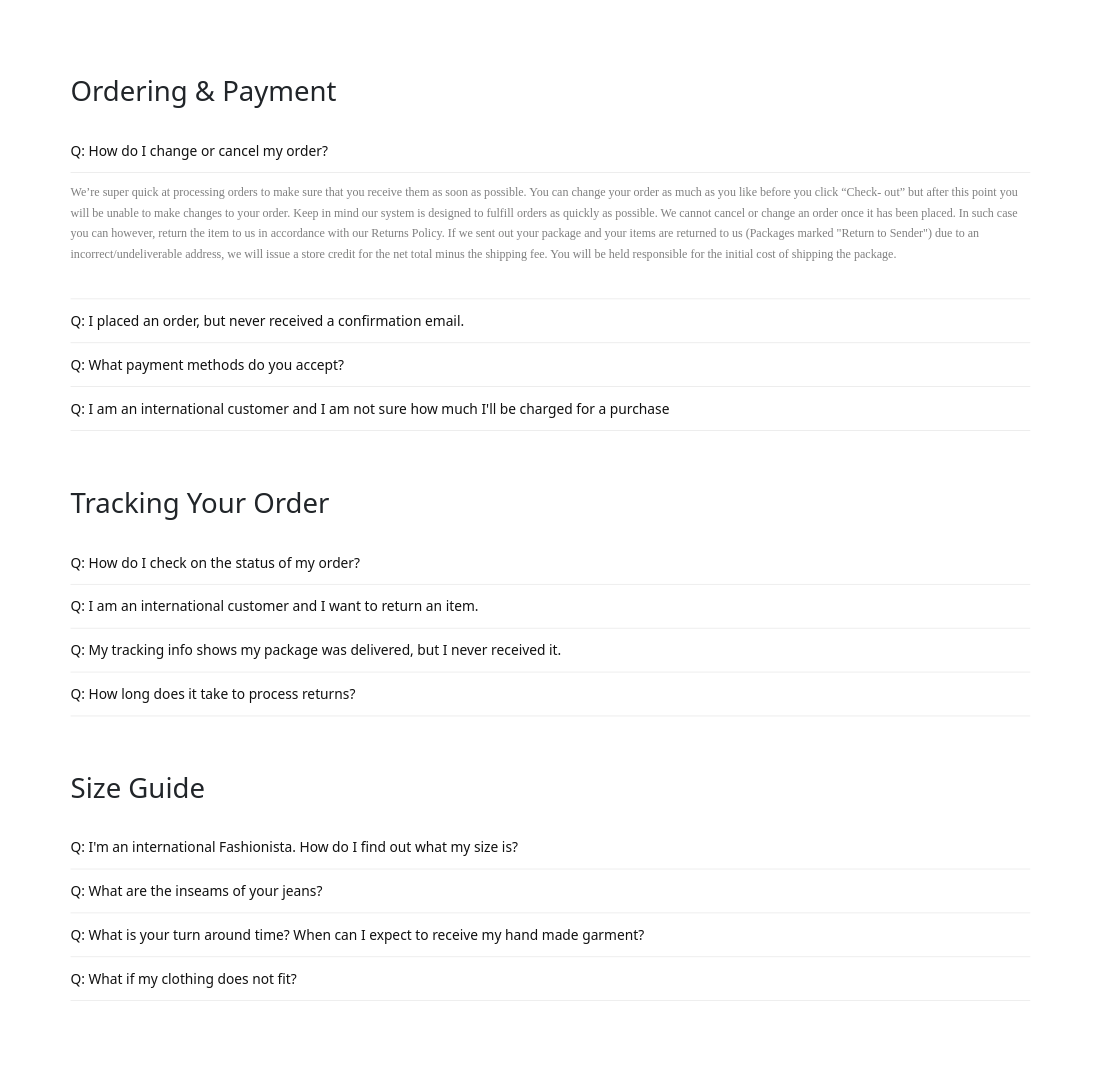
Repository: ST-United-Internship/Modaz-4life
Page: FaQ/FAQ.html
These files come from the project's save history. The page is drawn as it stood at one moment and after the next save; the edit follows.
The browser window is 1280 px wide. The pictures show the whole page, at 86% of full size.
After loading, the first visible `div.toggle-title` was clicked once.

Above is the page before, as saved 2023-03-22 16:21:21.

### FaQ/FAQ.html
<!DOCTYPE html>
<html lang="en">
<head>
    <meta charset="UTF-8">
    <meta http-equiv="X-UA-Compatible" content="IE=edge">
    <meta name="viewport" content="width=device-width, initial-scale=1.0">
    <link rel="stylesheet" type="text/css" href="FAQ.css" >
    <link href="https://cdn.jsdelivr.net/npm/bootstrap@5.3.0-alpha1/dist/css/bootstrap.min.css" rel="stylesheet" integrity="sha384-GLhlTQ8iRABdZLl6O3oVMWSktQOp6b7In1Zl3/Jr59b6EGGoI1aFkw7cmDA6j6gD" crossorigin="anonymous">
    <title>Document</title>
</head>
<body class="bodi header_sticky header-style-2 has-menu-extra">
   <!-- <div class="boxed">
    <div class="title-page textImg textImg1" style="background-position: 50% 89px;">
        <div class="container">
            <div class="row">
                <div class="col-md-12">
                    <div class="heading-page">
                    <h1 class="title">FAQ</h1>
                    </div>
                    <div class="breadcrumbs">
                    <ul>
                    <li><a href="index.html">Home</a></li>
                    <li><a href="coming-soon.html">Page</a></li>
                    <li><a href="faqs.html">Faq</a></li>
                    </ul>
                    </div>
                    </div>
            </div>
        </div>
    </div>
   </div>

</div> -->
    <div class="boxed">
        <section class="text-row">
            <div class="container">
                <div class="row">
                    <div class="col-md-12">
                        <div class="over-title">
                            <h2>Ordering & Payment</h2>
                        </div>
                        <div class="over-rise">
                            <div class="over-toggle">
                                <div class="toggle-title">Q: How do I change or cancel my order?</div>
                                <div class="toggle-text">
                                    <p>
                                    We’re super quick at processing orders to make sure that you receive them as soon as possible. You can change your order as much as you like before you click “Check- out” but after this point you will be unable to make changes to your order. Keep in mind our system is designed to fulfill orders as quickly as possible. We cannot cancel or change an order once it has been placed. In such case you can however, return the item to us in accordance with our Returns Policy. If we sent out your package and your items are returned to us (Packages marked "Return to Sender") due to an incorrect/undeliverable address, we will issue a store credit for the net total minus the shipping fee. You will be held responsible for the initial cost of shipping the package.
                                    </p>
                                    </div>
                            </div>
                            <div class="over-toggle">
                                <div class="toggle-title ">Q: I placed an order, but never received a confirmation email.</div>
                                <div class="toggle-text" style="display: block;">
                                    <p>
                                        We’re super quick at processing orders to make sure that you receive them as soon as possible. You can change your order as much as you like before you click “Check- out” but after this point you will be unable to make changes to your order. Keep in mind our system is designed to fulfill orders as quickly as possible. We cannot cancel or change an order once it has been placed. In such case you can however, return the item to us in accordance with our Returns Policy. If we sent out your package and your items are returned to us (Packages marked "Return to Sender") due to an incorrect/undeliverable address, we will issue a store credit for the net total minus the shipping fee. You will be held responsible for the initial cost of shipping the package.
                                    </p>
                                </div>
                            </div>
                            <div class="over-toggle">
                                <div class="toggle-title">Q: What payment methods do you accept?</div>
                                <div class="toggle-text" style="display: block;">
                                    <p>
                                        We’re super quick at processing orders to make sure that you receive them as soon as possible. You can change your order as much as you like before you click “Check- out” but after this point you will be unable to make changes to your order. Keep in mind our system is designed to fulfill orders as quickly as possible. We cannot cancel or change an order once it has been placed. In such case you can however, return the item to us in accordance with our Returns Policy. If we sent out your package and your items are returned to us (Packages marked "Return to Sender") due to an incorrect/undeliverable address, we will issue a store credit for the net total minus the shipping fee. You will be held responsible for the initial cost of shipping the package.
                                    </p>
                                </div>
                            </div>
                            <div class="over-toggle">
                                <div class="toggle-title ">Q: I am an international customer and I am not sure how much I'll be charged for a purchase</div>
                                <div class="toggle-text" style="display: block;">
                                    <p>
                                        We’re super quick at processing orders to make sure that you receive them as soon as possible. You can change your order as much as you like before you click “Check- out” but after this point you will be unable to make changes to your order. Keep in mind our system is designed to fulfill orders as quickly as possible. We cannot cancel or change an order once it has been placed. In such case you can however, return the item to us in accordance with our Returns Policy. If we sent out your package and your items are returned to us (Packages marked "Return to Sender") due to an incorrect/undeliverable address, we will issue a store credit for the net total minus the shipping fee. You will be held responsible for the initial cost of shipping the package.
                                    </p>
                                </div>
                            </div>
                        </div>
                    </div>
                </div>
                <div class="loaded"></div>
                <div class="row">
                    <div class="col-md-12">
                        <div class="over-title">
                            <h2>Tracking Your Order</h2>
                        </div>
                        <div class="over-rise">
                            <div class="over-toggle">
                                <div class="toggle-title ">Q: How do I check on the status of my order?</div>
                                <div class="toggle-text" style="display: block;">
                                    <p>
                                        We’re super quick at processing orders to make sure that you receive them as soon as possible. You can change your order as much as you like before you click “Check- out” but after this point you will be unable to make changes to your order. Keep in mind our system is designed to fulfill orders as quickly as possible. We cannot cancel or change an order once it has been placed. In such case you can however, return the item to us in accordance with our Returns Policy. If we sent out your package and your items are returned to us (Packages marked "Return to Sender") due to an incorrect/undeliverable address, we will issue a store credit for the net total minus the shipping fee. You will be held responsible for the initial cost of shipping the package.
                                    </p>
                                </div>
                            </div>
                            <div class="over-toggle">
                                <div class="toggle-title ">Q: I am an international customer and I want to return an item.</div>
                                <div class="toggle-text" style="display: block;">
                                    <p>
                                        We’re super quick at processing orders to make sure that you receive them as soon as possible. You can change your order as much as you like before you click “Check- out” but after this point you will be unable to make changes to your order. Keep in mind our system is designed to fulfill orders as quickly as possible. We cannot cancel or change an order once it has been placed. In such case you can however, return the item to us in accordance with our Returns Policy. If we sent out your package and your items are returned to us (Packages marked "Return to Sender") due to an incorrect/undeliverable address, we will issue a store credit for the net total minus the shipping fee. You will be held responsible for the initial cost of shipping the package.
                                    </p>
                                </div>
                            </div>
                            <div class="over-toggle">
                                <div class="toggle-title ">Q: My tracking info shows my package was delivered, but I never received it.</div>
                                <div class="toggle-text" style="display: block;">
                                    <p>
                                        We’re super quick at processing orders to make sure that you receive them as soon as possible. You can change your order as much as you like before you click “Check- out” but after this point you will be unable to make changes to your order. Keep in mind our system is designed to fulfill orders as quickly as possible. We cannot cancel or change an order once it has been placed. In such case you can however, return the item to us in accordance with our Returns Policy. If we sent out your package and your items are returned to us (Packages marked "Return to Sender") due to an incorrect/undeliverable address, we will issue a store credit for the net total minus the shipping fee. You will be held responsible for the initial cost of shipping the package.
                                    </p>
                                </div>
                            </div>
                            <div class="over-toggle">
                                <div class="toggle-title ">Q: How long does it take to process returns?</div>
                                <div class="toggle-text" style="display: block;">
                                    <p>
                                        We’re super quick at processing orders to make sure that you receive them as soon as possible. You can change your order as much as you like before you click “Check- out” but after this point you will be unable to make changes to your order. Keep in mind our system is designed to fulfill orders as quickly as possible. We cannot cancel or change an order once it has been placed. In such case you can however, return the item to us in accordance with our Returns Policy. If we sent out your package and your items are returned to us (Packages marked "Return to Sender") due to an incorrect/undeliverable address, we will issue a store credit for the net total minus the shipping fee. You will be held responsible for the initial cost of shipping the package.
                                    </p>
                                </div>
                            </div>
                        </div>
                    </div>
                </div>
                <div class="loaded"></div>
                <div class="row">
                    <div class="col-md-12">
                        <div class="over-title">
                            <h2>Size Guide</h2>
                        </div>
                        <div class="over-rise">
                            <div class="over-toggle">
                                <div class="toggle-title">Q: I'm an international Fashionista. How do I find out what my size is?</div>
                                <div class="toggle-text" style="display: block;">
                                    <p>
                                        We’re super quick at processing orders to make sure that you receive them as soon as possible. You can change your order as much as you like before you click “Check- out” but after this point you will be unable to make changes to your order. Keep in mind our system is designed to fulfill orders as quickly as possible. We cannot cancel or change an order once it has been placed. In such case you can however, return the item to us in accordance with our Returns Policy. If we sent out your package and your items are returned to us (Packages marked "Return to Sender") due to an incorrect/undeliverable address, we will issue a store credit for the net total minus the shipping fee. You will be held responsible for the initial cost of shipping the package.
                                    </p>
                                </div>
                            </div>
                            <div class="over-toggle">
                                <div class="toggle-title ">Q: What are the inseams of your jeans?</div>
                                <div class="toggle-text" style="display: block;">
                                    <p>
                                        We’re super quick at processing orders to make sure that you receive them as soon as possible. You can change your order as much as you like before you click “Check- out” but after this point you will be unable to make changes to your order. Keep in mind our system is designed to fulfill orders as quickly as possible. We cannot cancel or change an order once it has been placed. In such case you can however, return the item to us in accordance with our Returns Policy. If we sent out your package and your items are returned to us (Packages marked "Return to Sender") due to an incorrect/undeliverable address, we will issue a store credit for the net total minus the shipping fee. You will be held responsible for the initial cost of shipping the package.
                                    </p>
                                </div>
                            </div>
                            <div class="over-toggle">
                                <div class="toggle-title ">Q: What is your turn around time? When can I expect to receive my hand made garment?</div>
                                <div class="toggle-text" style="display: block;">
                                    <p>
                                        We’re super quick at processing orders to make sure that you receive them as soon as possible. You can change your order as much as you like before you click “Check- out” but after this point you will be unable to make changes to your order. Keep in mind our system is designed to fulfill orders as quickly as possible. We cannot cancel or change an order once it has been placed. In such case you can however, return the item to us in accordance with our Returns Policy. If we sent out your package and your items are returned to us (Packages marked "Return to Sender") due to an incorrect/undeliverable address, we will issue a store credit for the net total minus the shipping fee. You will be held responsible for the initial cost of shipping the package.
                                    </p>
                                </div>
                            </div>
                            <div class="over-toggle">
                                <div class="toggle-title ">Q: What if my clothing does not fit?</div>
                                <div class="toggle-text" style="display: block;">
                                    <p>
                                        We’re super quick at processing orders to make sure that you receive them as soon as possible. You can change your order as much as you like before you click “Check- out” but after this point you will be unable to make changes to your order. Keep in mind our system is designed to fulfill orders as quickly as possible. We cannot cancel or change an order once it has been placed. In such case you can however, return the item to us in accordance with our Returns Policy. If we sent out your package and your items are returned to us (Packages marked "Return to Sender") due to an incorrect/undeliverable address, we will issue a store credit for the net total minus the shipping fee. You will be held responsible for the initial cost of shipping the package.
                                    </p>
                                </div>
                            </div>
                        </div>
                    </div>
                </div>
            </div>
        </section>
    </div>
  <script src="https://cdn.jsdelivr.net/npm/@popperjs/core@2.11.6/dist/umd/popper.min.js" integrity="sha384-oBqDVmMz9ATKxIep9tiCxS/Z9fNfEXiDAYTujMAeBAsjFuCZSmKbSSUnQlmh/jp3" crossorigin="anonymous"></script>
<script src="https://cdn.jsdelivr.net/npm/bootstrap@5.3.0-alpha1/dist/js/bootstrap.min.js" integrity="sha384-mQ93GR66B00ZXjt0YO5KlohRA5SY2XofN4zfuZxLkoj1gXtW8ANNCe9d5Y3eG5eD" crossorigin="anonymous"></script>

<!--javaScript-->
<script
  src="https://code.jquery.com/jquery-1.12.4.js"
  integrity="sha256-Qw82+bXyGq6MydymqBxNPYTaUXXq7c8v3CwiYwLLNXU="
  crossorigin="anonymous"></script>
<!-- <script src="javascript/main.js"></script> -->
<script>
    (function($) {
    var flatAccordion = function() {
      var speed= {duration: 500};
      $('.toggle-text').hide();
      $('.over-rise .toggle-title.active').siblings('.toggle-text').show();

      $('.over-rise .toggle-title').on('click', function(){
        if(!$(this).is('.active')) {
          $(this).closest('.over-rise').find('.toggle-title.active').toggleClass('active').next().slideToggle(speed);
          $(this).toggleClass('active');
          $(this).next().slideToggle(speed);
        }else {
          $(this).toggleClass('active');
          $(this).next().slideToggle(speed);
        }
      });
    };
	$(function() {
      flatAccordion();
   	});
})(jQuery);
</script>



</body>

</html>

### FaQ/FAQ.css

@import "https://fonts.googleapis.com/css?family=Poppins:100,100i,200,200i,300,300i,400,500,600,700|";
@font-face {
    font-family: 'Poppins';
    font-style: italic;
    font-weight: 100;
    src: url(https://fonts.gstatic.com/s/poppins/v20/pxiAyp8kv8JHgFVrJJLmE0tMMPKzSQ.woff2) format('woff2');
}
 body{
    font: 14px/26px "Poppins",sans-serif;
    font-weight: 300;
    background-color: #fff;
    color: #6e6e6e;
 }
.boxed{
    overflow: hidden;
    position: relative;
}
.text-row{
    clear: both;
    display: block;
    position: relative;
    padding: 87px 0 63px 0;
    overflow: hidden;
}

.container{
    position: relative;
    margin: 0 auto;
}

.loaded{
    clear: both;
    display: block;
    height: 49px;
}

.over-title{
    margin-bottom: 40px;
}

h2{
    font-size: 24px;
    line-height: 30px;
    color: #252525;
}

.over-rise .over-toggle{
    margin-bottom: 15px;
}

.over-rise .over-toggle .toggle-title{
    font-size: 16px;
    line-height: 20px;
    font-weight: 400;
    color: #111;
    border-bottom: 1px solid #ebebeb;
    padding-bottom: 15px;
    margin-bottom: 11px;
    cursor: pointer;
}

.over-rise .over-toggle .toggle-text{
    border-bottom: 1px solid #ebebeb;
    padding-bottom: 14px;
}

.over-rise .over-toggle .toggle-text p{
    line-height: 24px;
    margin-bottom: 25px;
    font-size: 14px;
    filter: contrast(1%);
    font-family: '';
}

After the next save:
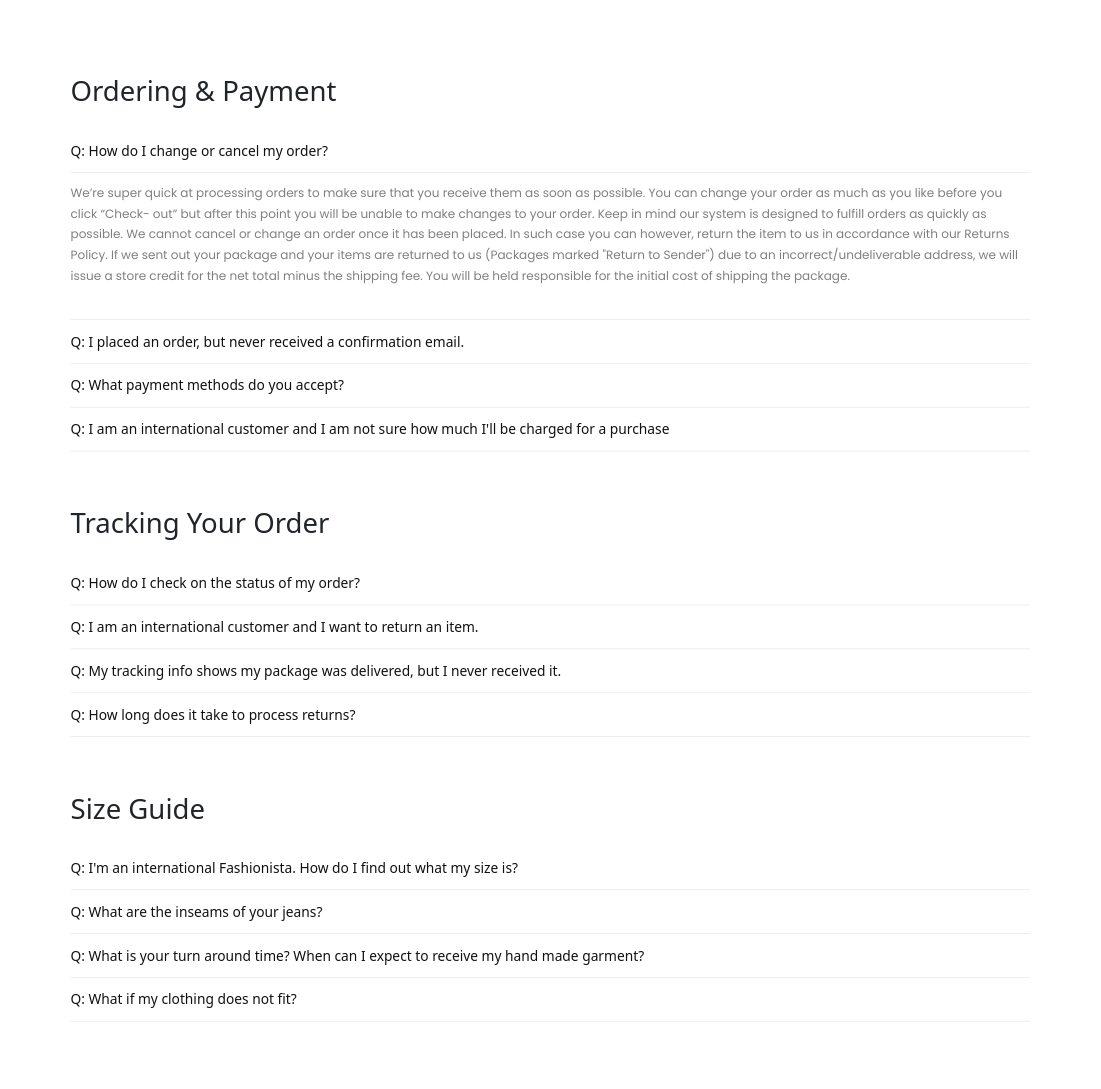
Saved 24 s later.
--- a/FaQ/FAQ.css
+++ b/FaQ/FAQ.css
@@ -70,5 +70,5 @@ h2{
     margin-bottom: 25px;
     font-size: 14px;
     filter: contrast(1%);
-    font-family: '';
+    font-family: 'Poppins';
 }
